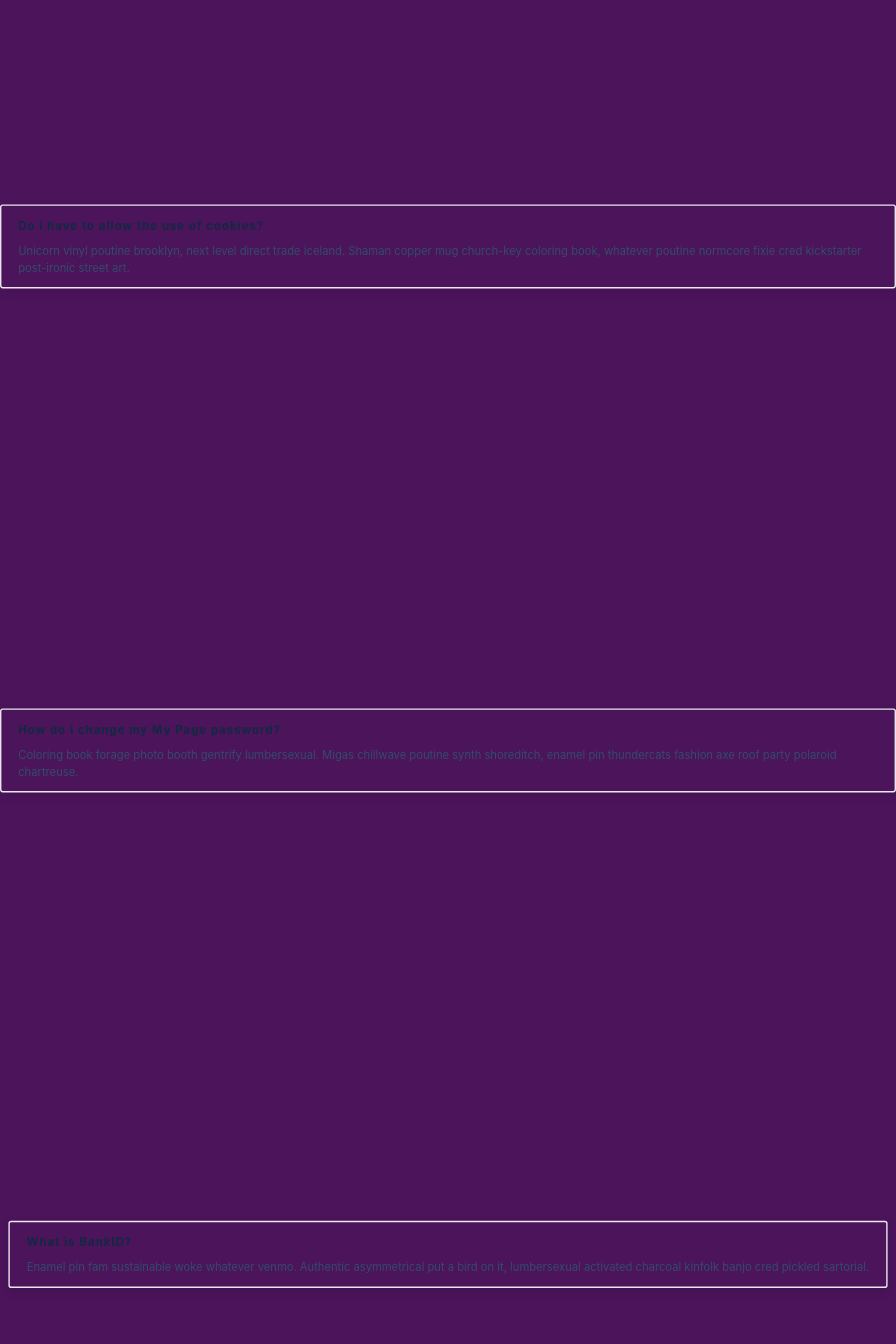
Repository: Reghanoid/Accordion
Page: /
An editor plug-in stored every save of this project. The page is shown before and after the next save, followed by the edit.
The browser window is 1280 px wide. The pictures show the part of the page from y = 0 to 1920 px (the page is 3600 px tall before and 3680 px after), at 70% of full size.
The project was rebuilt for these pictures with package versions that can differ from the ones it lists, and the page was loaded fresh each time.

Above is the page before, as saved 2022-06-06 14:50:41.

### src/App.js
import React, { useState } from 'react'
import data from './data'
import SingleQuestion from './Question'
function App() {
  return (
    <div>
      {data.map((datum) => (
        <SingleQuestion key={datum.id} title={datum.title} info={datum.info} />
      ))}
    </div>
  )
}

export default App

### src/data.js
const questions = [
  {
    id: 1,
    title: 'Do I have to allow the use of cookies?',
    info:
      'Unicorn vinyl poutine brooklyn, next level direct trade iceland. Shaman copper mug church-key coloring book, whatever poutine normcore fixie cred kickstarter post-ironic street art.',
  },
  {
    id: 2,
    title: 'How do I change my My Page password?',
    info:
      'Coloring book forage photo booth gentrify lumbersexual. Migas chillwave poutine synth shoreditch, enamel pin thundercats fashion axe roof party polaroid chartreuse.',
  },
  {
    id: 3,
    title: 'What is BankID?',
    info:
      'Enamel pin fam sustainable woke whatever venmo. Authentic asymmetrical put a bird on it, lumbersexual activated charcoal kinfolk banjo cred pickled sartorial.',
  },
  {
    id: 4,
    title: 'Whose birth number can I use?',
    info:
      'Edison bulb direct trade gentrify beard lo-fi seitan sustainable roof party franzen occupy squid. Knausgaard cronut succulents, scenester readymade shabby chic lyft. Copper mug meh vegan gentrify.',
  },
  {
    id: 5,
    title: 'When do I recieve a password ordered by letter?',
    info:
      'Locavore franzen fashion axe live-edge neutra irony synth af tilde shabby chic man braid chillwave waistcoat copper mug messenger bag. Banjo snackwave blog, microdosing thundercats migas vaporware viral lo-fi seitan ',
  },
]
export default questions

### src/Question.js
import React, { useState } from 'react'
import { AiOutlineMinus, AiOutlinePlus } from 'react-icons/ai'
const Question = (props) => {
  return (
    <main>
      <div className='question'>
        <h4> {props.title} </h4>
        <p> {props.info} </p>
      </div>
    </main>
  )
}

export default Question

Loaded but not shown: public/index.html (common file); src/index.js (common file); src/index.css (common file)

After the next save:
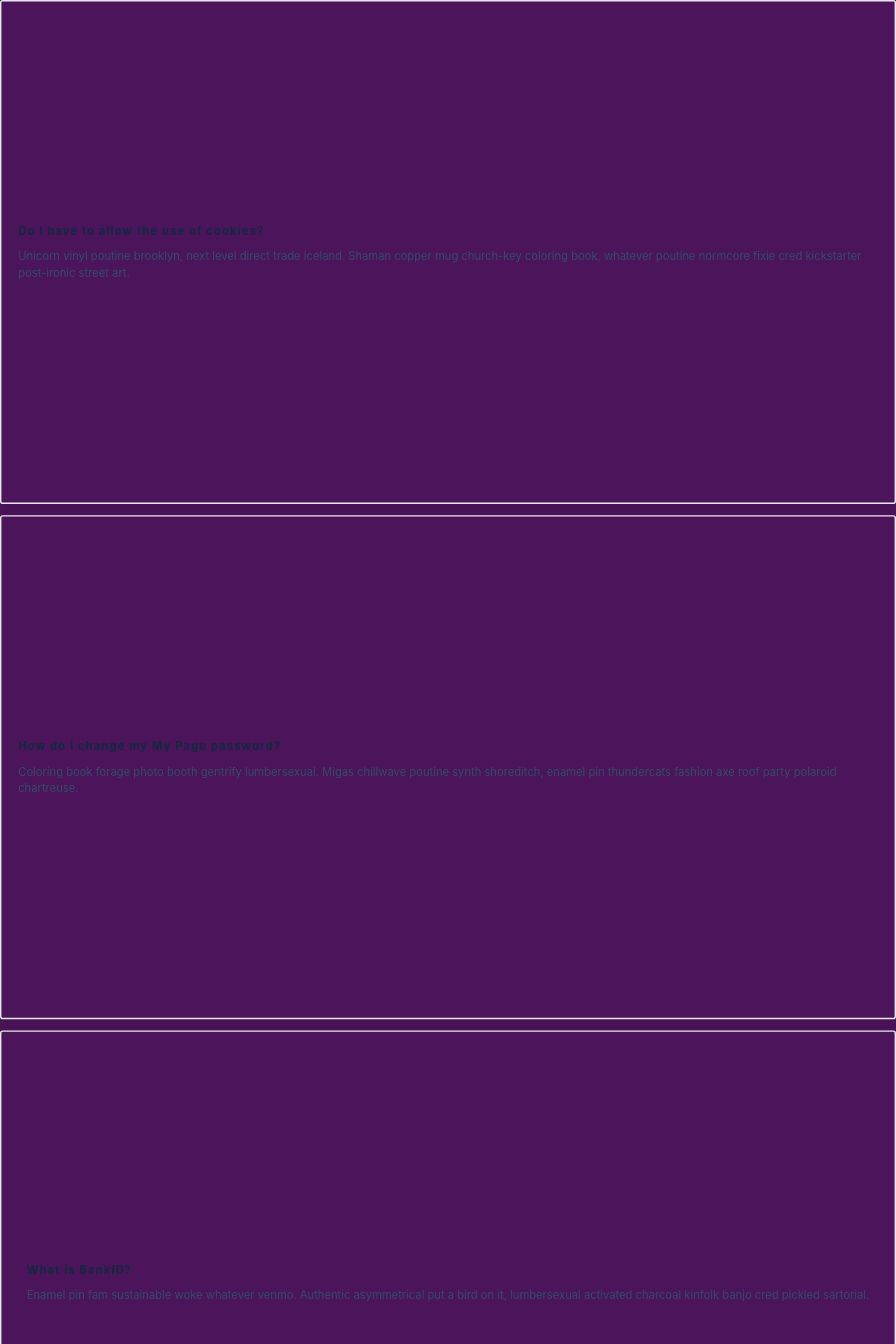
Saved 60 s later.
--- a/src/Question.js
+++ b/src/Question.js
@@ -2,8 +2,8 @@
 import { AiOutlineMinus, AiOutlinePlus } from 'react-icons/ai'
 const Question = (props) => {
   return (
-    <main>
-      <div className='question'>
+    <main className='question'>
+      <div>
         <h4> {props.title} </h4>
         <p> {props.info} </p>
       </div>

After the save that followed:
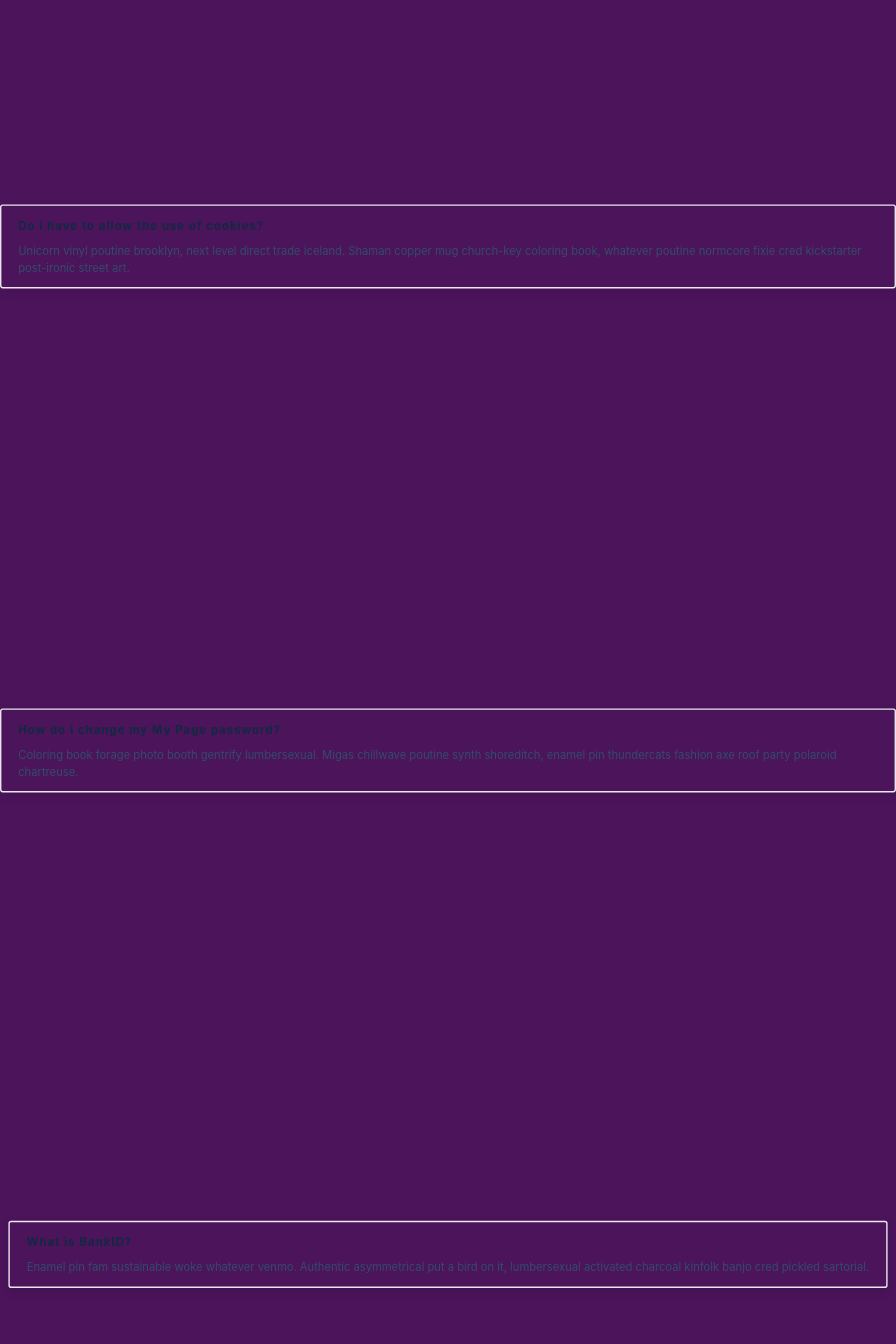
Saved 13 s later.
--- a/src/Question.js
+++ b/src/Question.js
@@ -2,8 +2,8 @@
 import { AiOutlineMinus, AiOutlinePlus } from 'react-icons/ai'
 const Question = (props) => {
   return (
-    <main className='question'>
-      <div>
+    <main>
+      <div className='question'>
         <h4> {props.title} </h4>
         <p> {props.info} </p>
       </div>
